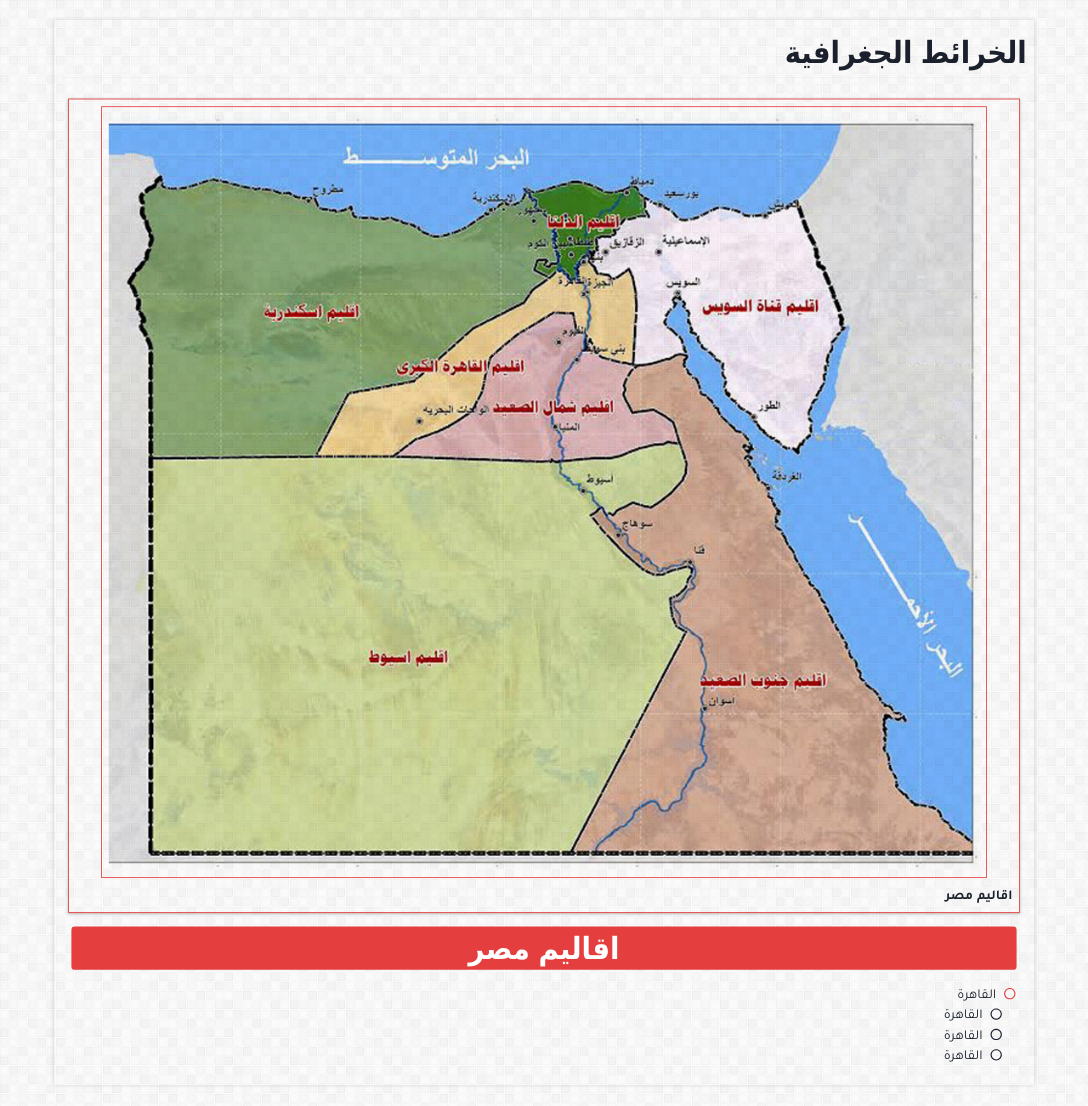
Repository: ahmed-mohamed-eng/egypt-gov-map
Page: /
An editor plug-in stored every save of this project. The page is shown before and after the next save, followed by the edit.
The browser window is 1280 px wide. The pictures show the whole page, at 85% of full size.
Some web fonts or font styles are not loaded; a fallback is used. The project was rebuilt for these pictures with package versions that can differ from the ones it lists, and the page was loaded fresh each time. The framework's server and built-in components were replaced by stand-ins that run in the browser. Also part of the build but not shown: next.config.js.

Above is the page before, as saved 2022-05-30 13:52:43.

### pages/_app.tsx
import "../styles/globals.css";

import type { AppProps } from "next/app";

import { ChakraProvider, extendTheme } from "@chakra-ui/react";

const theme = extendTheme({
  fonts: {
    heading: `Arial, Helvetica,"Aref Ruqaa" ,'Segoe UI', Tahoma, Geneva, Verdana, sans-serif`,
  },
});

function MyApp({ Component, pageProps }: AppProps) {
  return (
    <ChakraProvider theme={theme}>
      <Component {...pageProps} />
    </ChakraProvider>
  );
}

export default MyApp;

### pages/_document.tsx
import Document, {
  Html,
  Head,
  Main,
  NextScript,
  DocumentContext,
} from "next/document";

class MyDocument extends Document {
  static async getInitialProps(ctx: DocumentContext) {
    const initialProps = await Document.getInitialProps(ctx);
    return { ...initialProps };
  }

  render() {
    return (
      <Html dir="rtl" lang="ar">
        <Head />
        <body>
          <Main />
          <NextScript />
        </body>
      </Html>
    );
  }
}

export default MyDocument;

### pages/index.tsx
import type { NextPage } from "next";

// Custom Components
import Header from "../components/Header";
import PageContainer from "../components/PageContainer";
import MainContentArea from "../components/MainContentArea";

const Home: NextPage = () => {
  return (
    <PageContainer>
      <Header headerTitle="الخرائط الجغرافية" />
      <MainContentArea />
    </PageContainer>
  );
};

export default Home;

### styles/globals.css
@import url("https://fonts.googleapis.com/css2?family=Amiri:ital,wght@0,700;1,400;1,700&family=Aref+Ruqaa:wght@400;700&family=Tajawal:wght@300;400;500;700;800;900&display=swap");

@tailwind base;
@tailwind components;
@tailwind utilities;

html,
body {
  padding: 0;
  margin: 0;
  font-family: -apple-system, BlinkMacSystemFont, Segoe UI, Roboto, Oxygen,
    Ubuntu, Cantarell, Fira Sans, Droid Sans, Helvetica Neue, sans-serif;
}

a {
  color: inherit;
  text-decoration: none;
}

* {
  box-sizing: border-box;
  font-family: Arial, Helvetica, "Tajawal", "Aref Ruqaa", "Segoe UI", Tahoma,
    Geneva, Verdana, sans-serif;
}

### components/Header/index.tsx
export { Header as default } from "./Header";

### components/PageContainer/index.tsx
export { PageContainer as default } from "./PageContainer";

### components/MainContentArea/index.tsx
export { MainContentArea as default } from "./MainContentArea";

### components/Header/Header.tsx
import { Divider, Flex, Heading, VStack } from "@chakra-ui/react";

export interface HeaderProps {
  headerTitle: string;
}

export const Header = (props: HeaderProps) => {
  return (
    <VStack
      as="header"
      w="full"
      justifyContent="center"
      alignItems="center"
      fontSize="1.5rem"
      fontFamily="arabic"
      flex="1"
    >
      <Heading w="full" textAlign="right" as="h1">
        {props.headerTitle}
      </Heading>
      <Flex w="full">
        <Divider orientation="horizontal" />
      </Flex>
    </VStack>
  );
};

### components/PageContainer/PageContainer.tsx
import { Center, Flex, VStack } from "@chakra-ui/react";

// import bgImage from "../../images/backgroundImage.png";

export const PageContainer = (props: any) => {
  return (
    <Flex backgroundImage={`url(../../images/backgroundImage.png)`}>
      <Center w="full" h="full" py="1.5rem">
        <VStack
          width={["90vw"]}
          minH="95vh"
          boxShadow="0 0 5px #CACACA"
          py="1rem"
          px="0.5rem"
          spacing="1rem"
        >
          {props.children}
        </VStack>
      </Center>
    </Flex>
  );
};

### components/MainContentArea/MainContentArea.tsx
import { VStack } from "@chakra-ui/react";

// Custom Components.
import MapArea from "./MapArea";
import QuickNavigationArea from "./QuickNavigationArea";

export const MainContentArea = () => {
  return (
    <VStack
      as="main"
      w="full"
      p="0.5rem"
      spacing="1rem"
      flex="14"
    >
      <MapArea />
      <QuickNavigationArea />
    </VStack>
  );
};

### components/MainContentArea/MapArea/index.tsx
export { MapArea as default } from "./MapArea";

### components/MainContentArea/QuickNavigationArea/index.tsx
export { QuickNavigationArea as default } from "./QuickNavigationArea";

### components/MainContentArea/MapArea/MapArea.tsx
import { VStack } from "@chakra-ui/react";

// Custom Components.
import MapImage from "./MapImage";
import MapInfoDisplayedLinks from "./MapInfoDisplayedLinks";

export const MapArea = () => {
  return (
    <VStack
      borderWidth="thin"
      borderColor="red.500"
      boxShadow="0 1px 3px 0 #b5b5b5"
      p="0.5rem"
      w="full"
      spacing="0.5rem"
    >
      <MapImage />
      <MapInfoDisplayedLinks
        breadcrumbItems={[
          {
            text: "اقاليم مصر",
            url: "#",
          },
        ]}
      />
    </VStack>
  );
};

### components/MainContentArea/QuickNavigationArea/QuickNavigationArea.tsx
import { VStack, Heading } from "@chakra-ui/react";
import CitiesList from "./CitiesList";

export const QuickNavigationArea = () => {
  return (
    <VStack w="full" spacing="1rem" px="0.25rem">
      <Heading
        w="full"
        h="fit-content"
        borderRadius="0.25rem"
        color="white"
        bg="red.500"
        p="0.25rem"
        textAlign="center"
      >
        اقاليم مصر
      </Heading>
      <CitiesList
        list={[
          {
            provinceName: "القاهرة",
            url: "https://www.google.com",
            childItems: [
              {
                cityName: "القاهرة",
                url: "https://www.google.com/",
              },
              {
                cityName: "القاهرة",
                url: "https://www.google.com/",
              },
              {
                cityName: "القاهرة",
                url: "https://www.google.com/",
              },
            ],
          },
        ]}
      />
    </VStack>
  );
};

### components/MainContentArea/MapArea/MapImage/index.tsx
export { MapImage as default } from "./MapImage";

### components/MainContentArea/MapArea/MapInfoDisplayedLinks/index.tsx
export { MapInfoDisplayedLinks as default } from "./MapInfoDisplayedLinks";

### components/MainContentArea/QuickNavigationArea/CitiesList/index.tsx
export { CitiesList as default } from "./CitiesList";

### components/MainContentArea/MapArea/MapImage/MapImage.tsx
import React from "react";

import { Flex, Image } from "@chakra-ui/react";

// Images Sources.
import mapImage from "../../../../images/Egypt_Provinces.jpg";

export const MapImage = () => {
  return (
    <Flex borderWidth="thin" borderColor="red.500" p="0.5rem">
      <Image mixBlendMode="multiply" src={mapImage.src} alt="Egypt Province Map" />
    </Flex>
  );
};

### components/MainContentArea/MapArea/MapInfoDisplayedLinks/MapInfoDisplayedLinks.tsx
import { v4 as uuidV4 } from "uuid";

import { Breadcrumb, BreadcrumbItem, BreadcrumbLink } from "@chakra-ui/react";

export type BreadcrumbElement = {
  url: string;
  text: string;
};

export interface MapInfoDisplayedLinksProps {
  breadcrumbItems: Array<BreadcrumbElement>;
}

export const MapInfoDisplayedLinks = (props: MapInfoDisplayedLinksProps) => {
  const breadcrumbItems = props.breadcrumbItems.map((item) => {
    return (
      <BreadcrumbItem key={uuidV4()}>
        <BreadcrumbLink fontWeight="600" href={item.url}>
          {item.text}
        </BreadcrumbLink>
      </BreadcrumbItem>
    );
  });

  return <Breadcrumb w="full">{breadcrumbItems}</Breadcrumb>;
};

### components/MainContentArea/QuickNavigationArea/CitiesList/CitiesList.tsx
import { v4 as uuidV4 } from "uuid";

import { List, ListItem, ListIcon } from "@chakra-ui/react";

import { BiCircle } from "react-icons/bi";

export type city = {
  cityName: string;
  url: string;
};

export type province = {
  provinceName: string;
  url: string;
  childItems: Array<city>;
};

export interface CitiesListProps {
  list: Array<province>;
}

export const CitiesList = (props: CitiesListProps) => {
  const items = props.list.map((item, parentIndex) => {
    return (
      <List key={uuidV4()}>
        <ListItem as="a" href={item.url}>
          <ListIcon as={BiCircle} color="red.500" fill="red.500" />
          {item.provinceName}
        </ListItem>
        {item.childItems.map((childItem) => {
          return (
            <List key={uuidV4()} pr={`${parentIndex + 1}rem`}>
              <ListItem as="a" href={childItem.url}>
                <ListIcon as={BiCircle} />
                {childItem.cityName}
              </ListItem>
            </List>
          );
        })}
      </List>
    );
  });
  return <List w="full">{items}</List>;
};

Loaded but not shown: tailwind.config.js (common file)

After the next save:
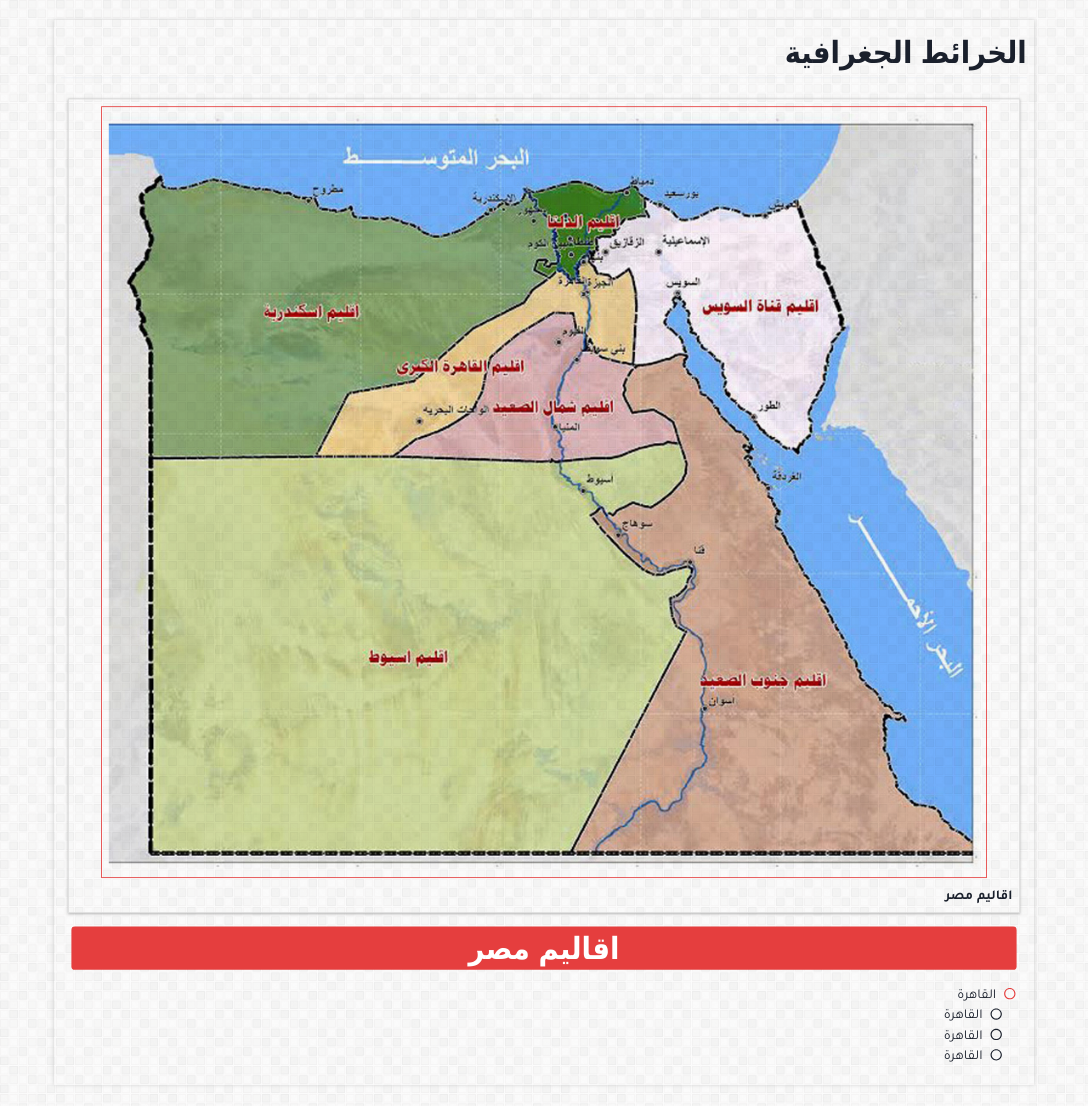
Saved 20 s later.
--- a/components/MainContentArea/MapArea/MapArea.tsx
+++ b/components/MainContentArea/MapArea/MapArea.tsx
@@ -10,6 +10,7 @@ export const MapArea = () => {
       borderWidth="thin"
       borderColor="red.500"
       boxShadow="0 1px 3px 0 #b5b5b5"
+      border="1px solid #DDD"
       p="0.5rem"
       w="full"
       spacing="0.5rem"
